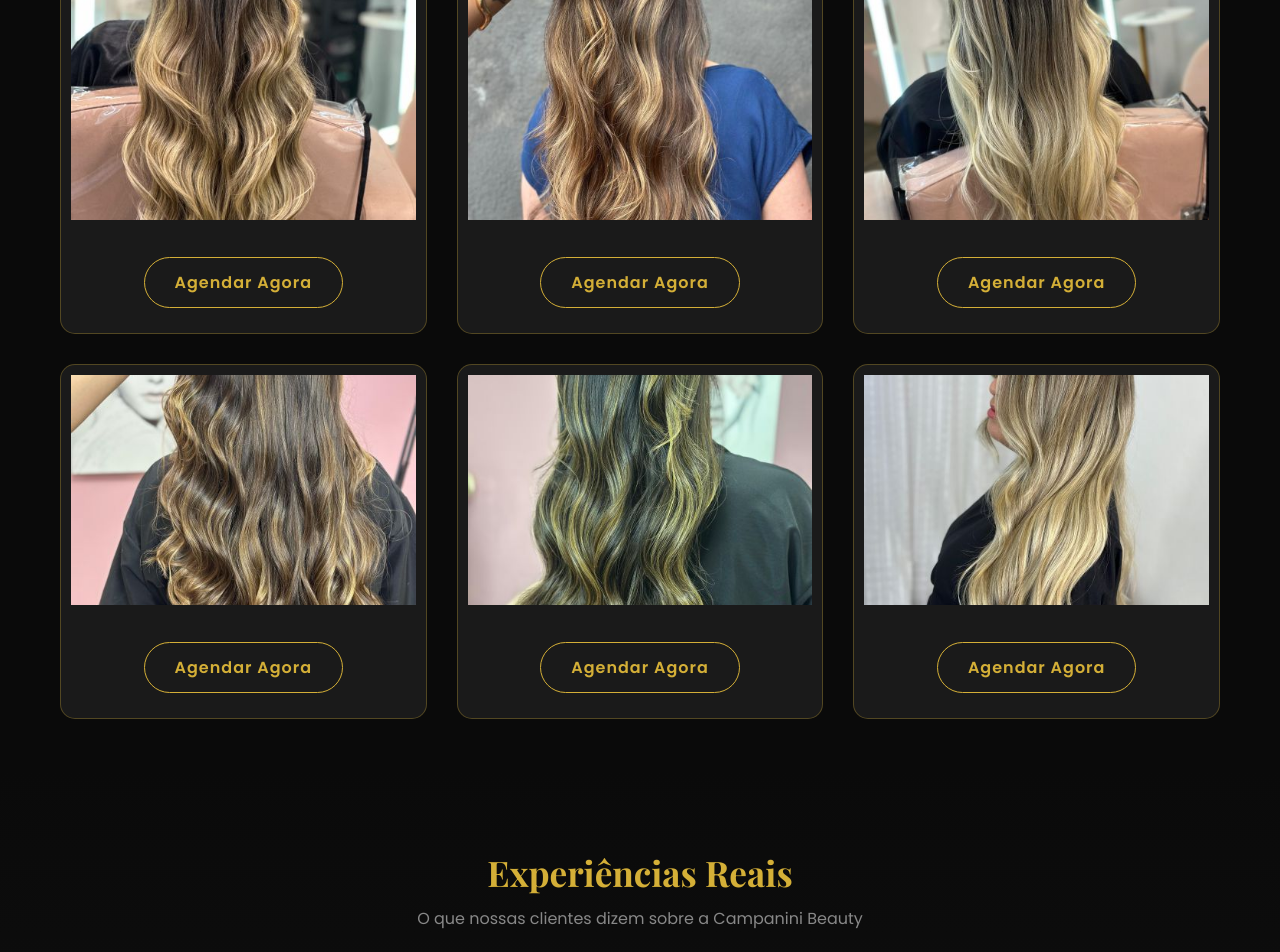
Repository: Sandro1969-tech/campanini-beauty
Page: index.html
These files come from the project's save history. The page is drawn as it stood at one moment and after the next save; the edit follows.
The browser window is 1280 px wide. The pictures show the part of the page from y = 999 to 1951 px (the page is 3001 px tall before and 2987 px after).

Above is the page before, as saved 2026-02-17 20:02:51.

After the next save:
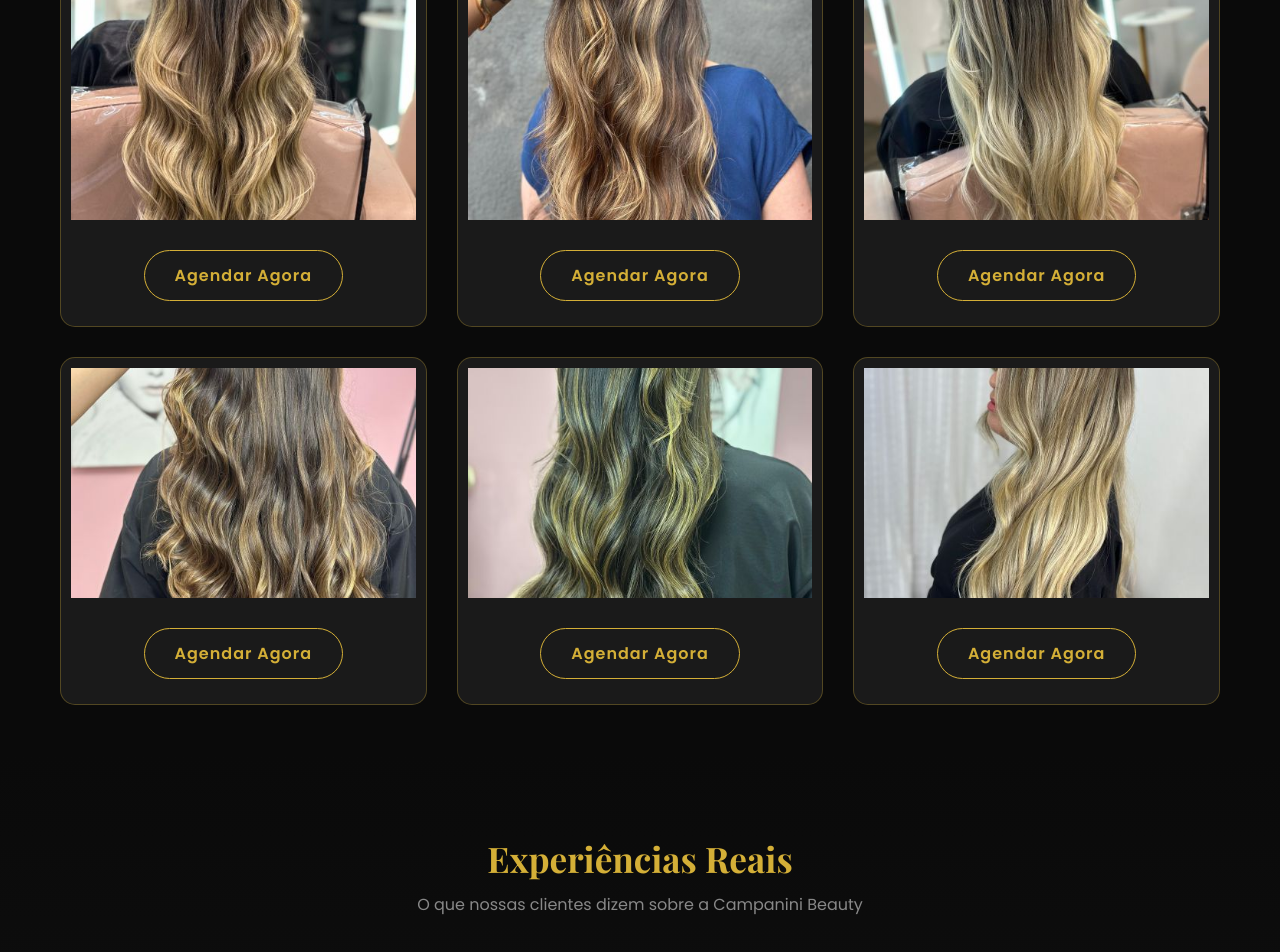
Saved 4 s later.
--- a/index.html
+++ b/index.html
@@ -111,7 +111,7 @@
             object-fit: cover;
             padding: 10px;
             object-position: center;
-            dispo /* Garante que a imagem não fique esticada */
+            display: block;
         }
 
         /* --- SEÇÃO DE DEPOIMENTOS --- */
